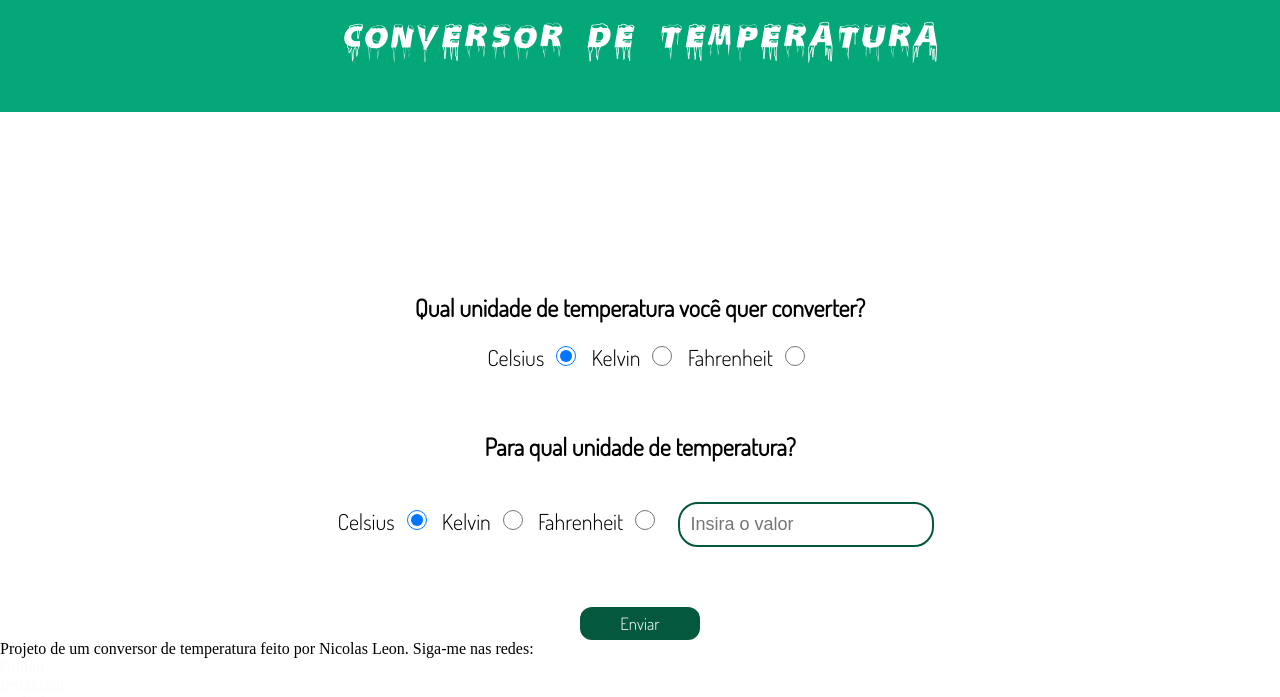
Repository: Leonngc/Conversor-de-temperatura
Page: index.html
These files come from the project's save history. The page is drawn as it stood at one moment and after a run of saves; the edit follows.
The browser window is 1280 px wide. The pictures show the whole page.
The pointer rests on the first visible `#submit`.
Some icons come from a web library that is not loaded, so they are not drawn.

Above is the page before, as saved 2023-02-10 23:35:44.

After the next 5 saves:
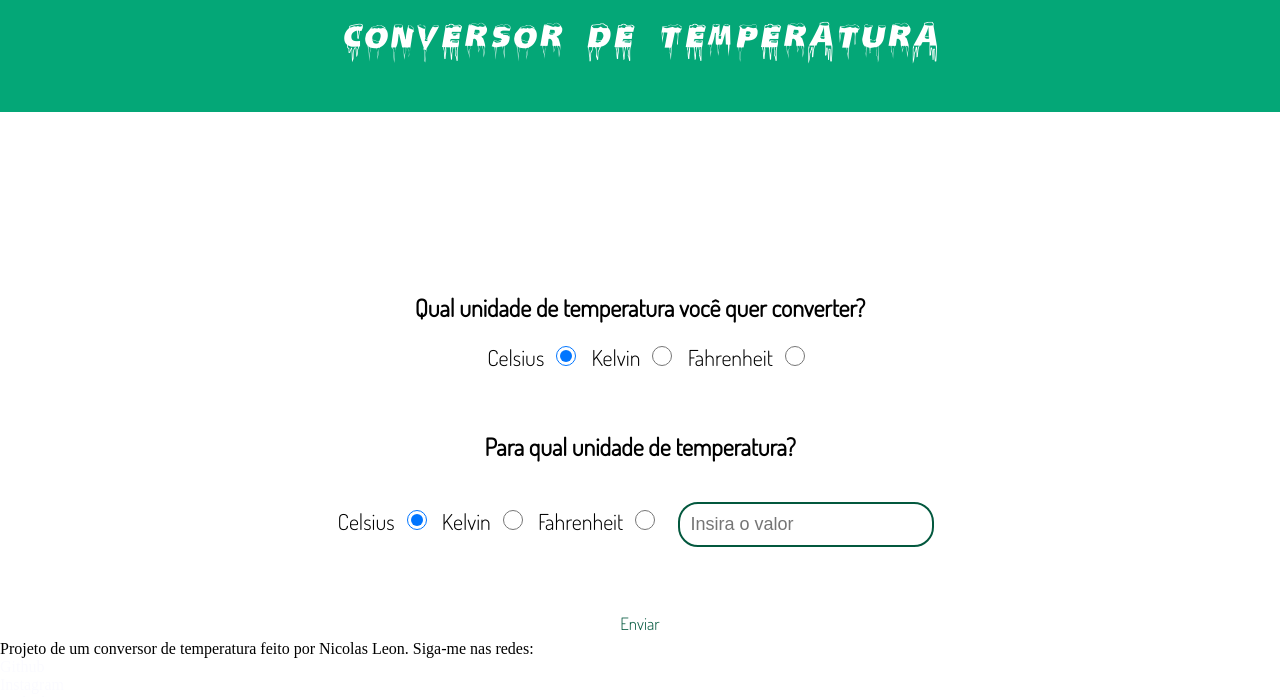
The 5 saves are shown as one change because they came seconds apart.
The last was saved 13 s later.
--- a/style.css
+++ b/style.css
@@ -116,5 +116,7 @@ label{
 }
 
 #submit:hover{
-    bac
+    background-color: white;
+    color: #03583e;
+    border: ;
 }
